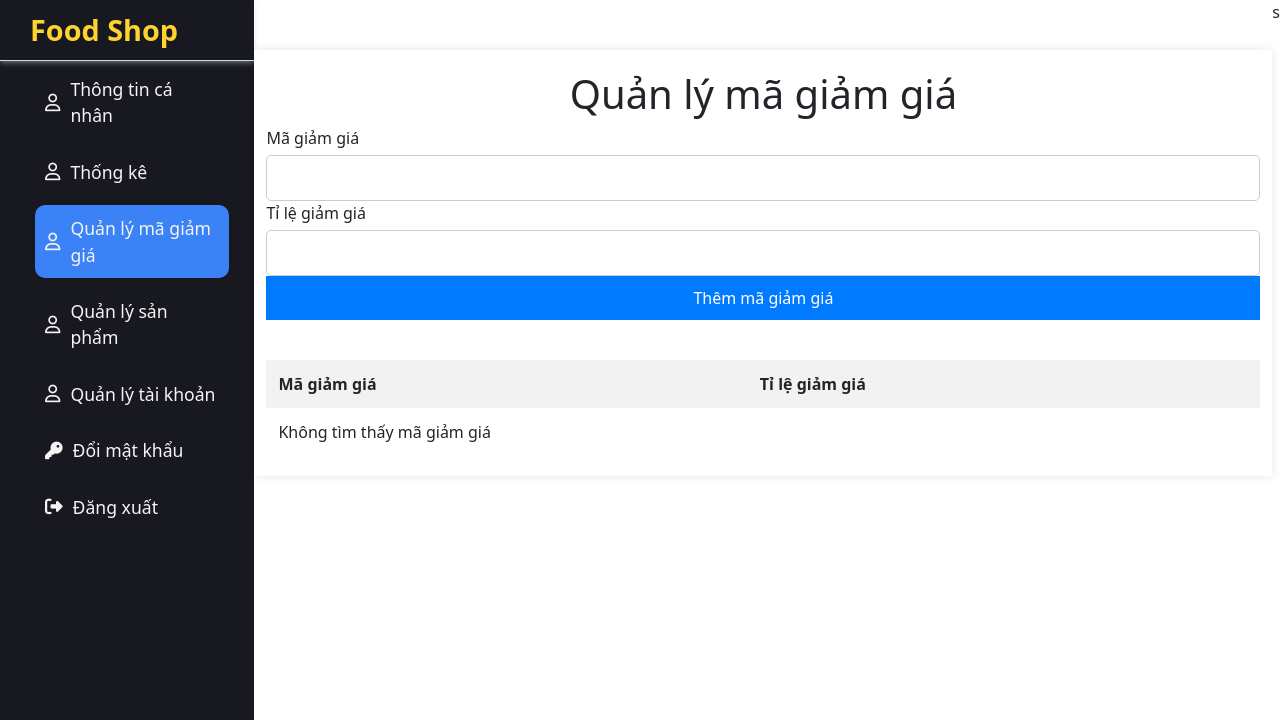
Repository: TuanAnhNguyen723/Restaurant-Projects
Page: http://localhost/discount/discount.php
An editor plug-in stored every save of this project. The page is shown before and after the next save, followed by the edit.
The browser window is 1280 px wide. The pictures show the whole page.
The page is run by PHP 8.4 with error messages shown; the project is at /var/www/html/. Queries for data that is not in the repository find no rows.

Above is the page before, as saved 2024-06-18 19:44:53.

After the next save:
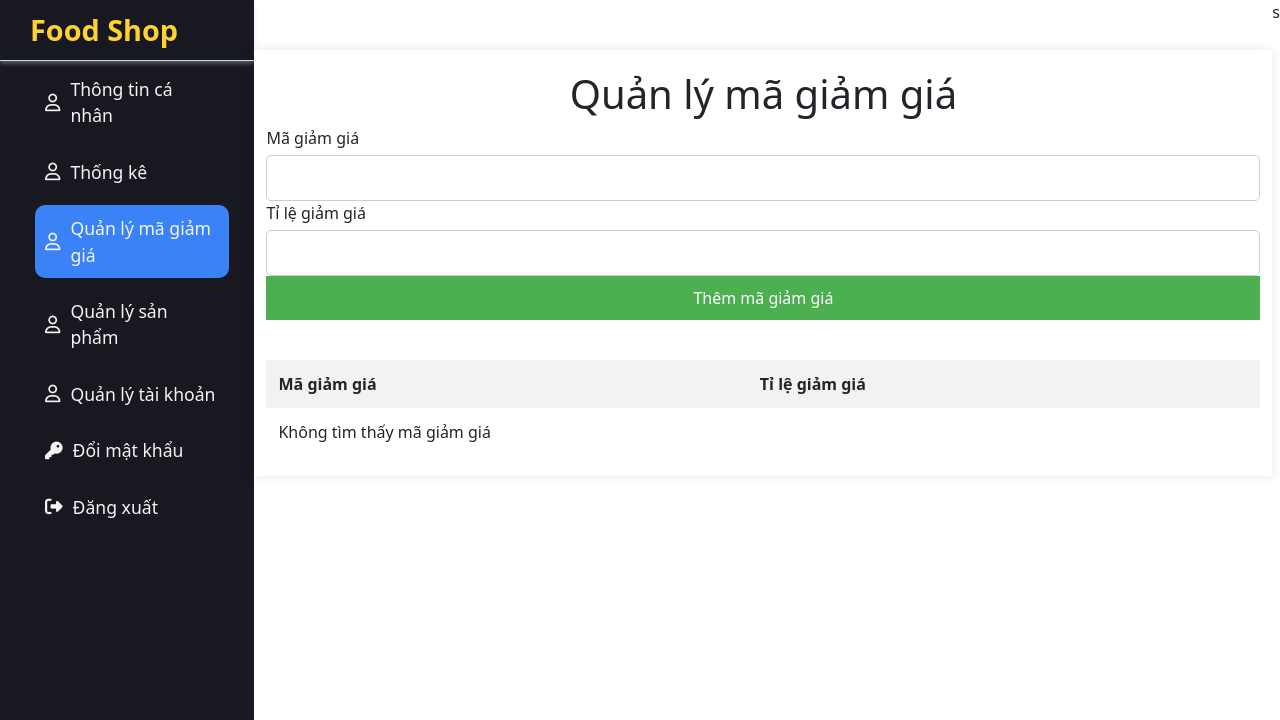
Saved 5 min 27 s later.
--- a/discount/discount.css
+++ b/discount/discount.css
@@ -14,7 +14,6 @@
   pointer-events: none !important;
   color: #979b9d !important;
   cursor: not-allowed !important;
-
 }
 
 html {
@@ -130,71 +129,71 @@ body {
   color: #ef4444;
 }
 
-
 .container {
-    max-width: 600px;
-    margin: 50px auto;
-    padding: 20px;
-    background-color: #fff;
-    box-shadow: 0 0 10px rgba(0, 0, 0, 0.1);
+  max-width: 600px;
+  margin: 50px auto;
+  padding: 20px;
+  background-color: #fff;
+  box-shadow: 0 0 10px rgba(0, 0, 0, 0.1);
 }
 
 h1 {
-    text-align: center;
-    margin-bottom: 20px;
+  text-align: center;
+  margin-bottom: 20px;
 }
 
 .form-container {
-    margin-bottom: 20px;
+  margin-bottom: 20px;
 }
 
 form {
-    display: flex;
-    flex-direction: column;
+  display: flex;
+  flex-direction: column;
 }
 
 label {
-    margin-bottom: 5px;
+  margin-bottom: 5px;
 }
 
 input {
-    margin-bottom: 10px;
-    padding: 10px;
-    font-size: 16px;
-    border: 1px solid #ccc;
-    border-radius: 5px;
+  margin-bottom: 10px;
+  padding: 10px;
+  font-size: 16px;
+  border: 1px solid #ccc;
+  border-radius: 5px;
 }
 
 button {
-    padding: 10px;
-    font-size: 16px;
-    color: #fff;
-    background-color: #007bff;
-    border: none;
-    border-radius: 5px;
-    cursor: pointer;
+  padding: 10px;
+  font-size: 16px;
+  color: #fff;
+  background-color: #4caf50;
+  border: none;
+  border-radius: 5px;
+  cursor: pointer;
 }
 
 button:hover {
-    background-color: #0056b3;
+  background-color: #45a049;
 }
 
 .table-container {
-    overflow-x: auto;
+  overflow-x: auto;
 }
 
 table {
-    width: 100%;
-    border-collapse: collapse;
-    margin-top: 20px;
+  width: 100%;
+  border-collapse: collapse;
+  margin-top: 20px;
 }
 
-th, td {
-    padding: 12px;
-    border: 1px solid #ddd;
-    text-align: left;
+th,
+td {
+  padding: 12px;
+  border: 1px solid #ddd;
+  text-align: left;
 }
 
 th {
-    background-color: #f2f2f2;
+  background-color: #f2f2f2;
 }
